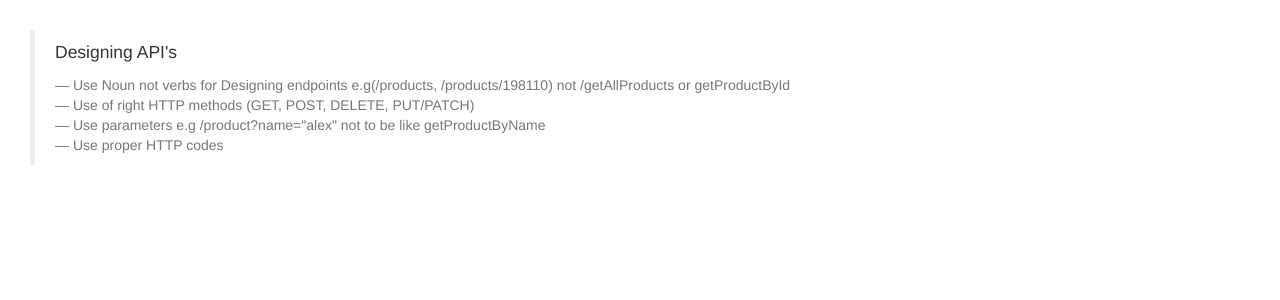
Repository: rahil001/preparation
Page: javascriptPrac/ApiDesign.html
The author's editor kept a copy of each file at every save. The page is drawn from the files as they stood at one save, then again after a run of saves.
The browser window is 1280 px wide. The pictures show the whole page.

Above is the page before, as saved 2019-10-29 22:32:30.

After the next 3 saves:
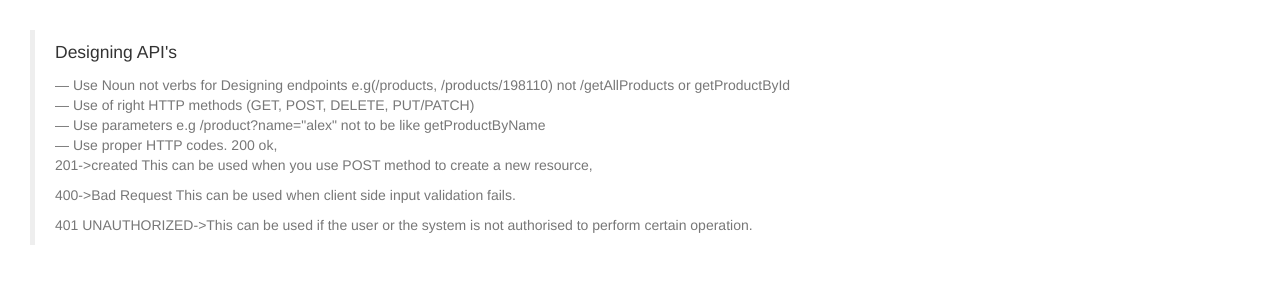
The 3 saves are shown as one change because they came seconds apart.
The last was saved 2 min 8 s later.
--- a/javascriptPrac/ApiDesign.html
+++ b/javascriptPrac/ApiDesign.html
@@ -23,7 +23,11 @@
         <footer class="blockquote-footer">Use Noun not verbs for Designing endpoints e.g(/products, /products/198110) not /getAllProducts or getProductById</footer>
         <footer class="blockquote-footer">Use of right HTTP methods (GET, POST, DELETE, PUT/PATCH)</footer>
         <footer class="blockquote-footer">Use parameters e.g /product?name="alex" not to be like getProductByName</footer>
-        <footer class="blockquote-footer">Use proper HTTP codes</footer>
+        <footer class="blockquote-footer">Use proper HTTP codes. 200 ok,
+            <p>201->created This can be used when you use POST method to create a new resource,</p>
+            <p>400->Bad Request This can be used when client side input validation fails.</p>
+            <p>401 UNAUTHORIZED->This can be used if the user or the system is not authorised to perform certain operation.</p>
+        </footer>
     </blockquote>
 </div>
 <script src="app.js"></script>
